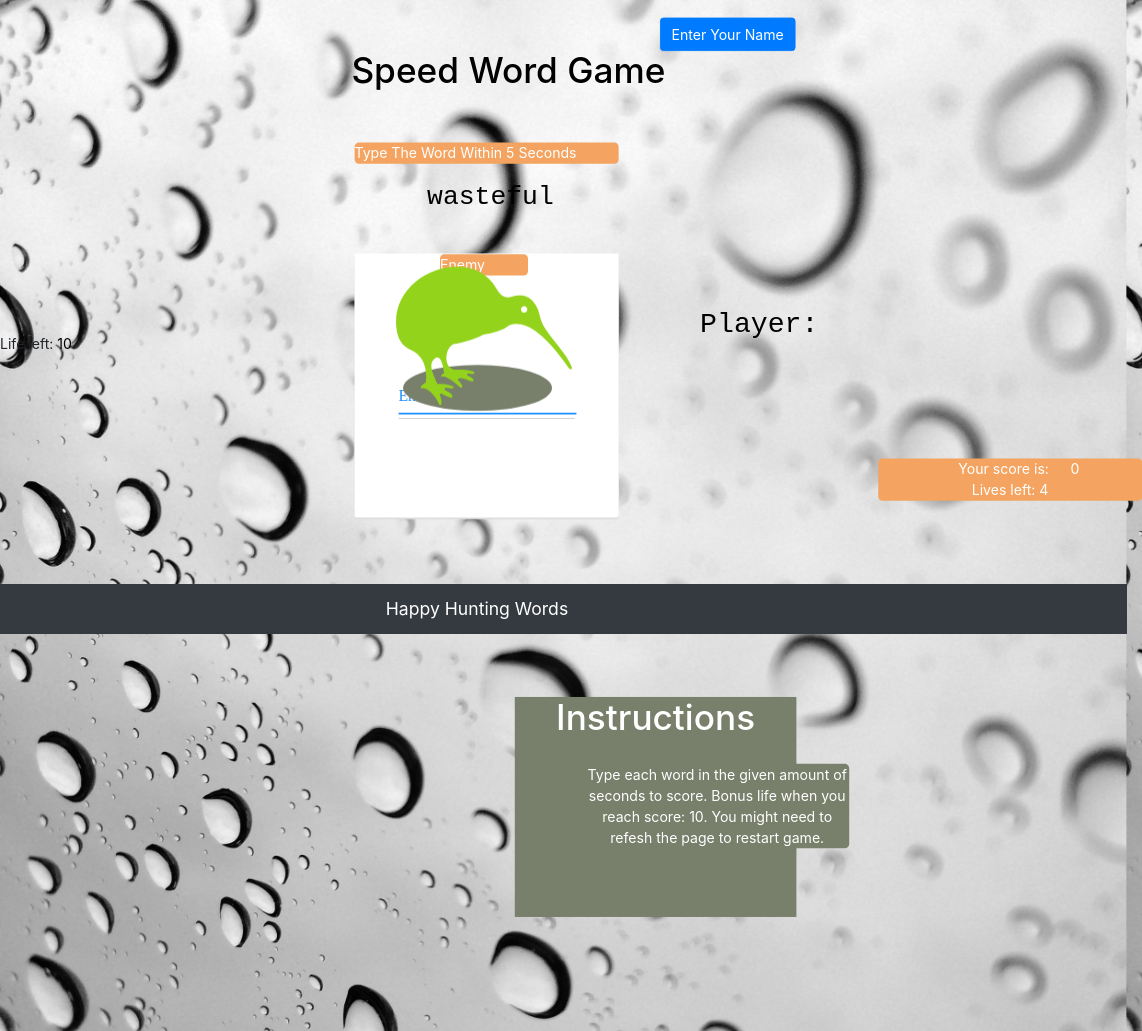
Repository: konstantin0s/word-game-project
Page: modal.html
The author's editor kept a copy of each file at every save. The page is drawn from the files as they stood at one save, then again after a run of saves.
The browser window is 1280 px wide. The page is 1298 px wide, so the pictures cover 1298 px, including what lies to the right of the window. The pictures show the whole page, at 88% of full size.
Backgrounds fixed to the window are drawn as part of the page. Some web libraries are served in a nearby version.

Above is the page before, as saved 2019-02-14 11:01:46.

### modal.html
<!DOCTYPE html>
<html lang="en">

<head>

  <meta charset="utf-8">
  <meta name="viewport" content="width=device-width, initial-scale=1, shrink-to-fit=no">
  <meta name="description" content="">
  <meta name="author" content="">

  <title>Speed Word Game</title>
  <!-- <link rel="stylesheet" href="https://maxcdn.bootstrapcdn.com/bootstrap/3.4.0/css/bootstrap.min.css"> -->
  <script src="https://ajax.googleapis.com/ajax/libs/jquery/3.3.1/jquery.min.js"></script>
  <script src="https://maxcdn.bootstrapcdn.com/bootstrap/3.4.0/js/bootstrap.min.js"></script>
  <script src="https://cdnjs.cloudflare.com/ajax/libs/p5.js/0.7.3/p5.js"></script>
  <!-- Bootstrap core CSS -->
  <link href="vendor/bootstrap/css/bootstrap.min.css" rel="stylesheet">

  <!-- Custom styles for this template -->
  <link href="css/the-big-picture.css" rel="stylesheet">
  <link rel="stylesheet" href="css/style.css">

</head>

<body>

  <!-- Navigation -->
  <nav class="navbar navbar-expand-lg navbar-dark bg-dark fixed-bottom">
    <div class="container">
      <a class="navbar-brand" href="#">Happy Hunting Words</a>
      <button class="navbar-toggler" type="button" data-toggle="collapse" data-target="#navbarResponsive" aria-controls="navbarResponsive" aria-expanded="false" aria-label="Toggle navigation">
        <span class="navbar-toggler-icon"></span>
      </button>
      <div class="collapse navbar-collapse" id="navbarResponsive">
      </div>
    </div>
  </nav>



<!-- Button trigger modal -->
<button type="button" id="clearPlayer" class="btn btn-primary" data-toggle="modal" data-target="#exampleModalCenter">
    Enter Your Name
  </button>

  <!-- Modal -->
  <div class="modal fade" id="exampleModalCenter" tabindex="-1" role="dialog" aria-labelledby="exampleModalCenterTitle" aria-hidden="true">
    <div class="modal-dialog modal-dialog-centered" role="document">
      <div class="modal-content">
        <div class="modal-header">
          <h5 class="modal-title" id="exampleModalLongTitle">Player Name</h5>
          <button type="button" class="close" data-dismiss="modal" aria-label="Close">
            <span aria-hidden="true">&times;</span>
          </button>
        </div>
        <div class="modal-body">
            <h3 id="playerN">Enter Your Name</h3>
            <input id="name" onchange="say_hi()">
        </div>
      </div>
    </div>
  </div>
<h2 id="user">
  Player:
</h2>

<div id="output"></div>

  <!-- Page Content -->
  <section>
    <div class="container">
      <div class="row">
        <div class="col-lg-6">
          <h1 class="mt-5">Speed Word Game</h1>
          <p class="type">Type The Word Within
            <span id="sec"></span>
            Seconds</p>
          <div id="wordsDisplay">

          </div>
          <div id="time">
           <p>Time left:</p> <span id="timeLeft"></span>
          </div>
          <div id="userDetails">
             Your score is: <span id="score">0</span><br>
             Lives left: <span id="lives">3</span>
          </div>
          <div class="wrapper">
            <input class="input" id="inputWord" onchange="compareGuess()" placeholder="Enter Word" type="text"  autofocus>
            <span class="underline"></span>
        </div>
        </div>
      </div>
    </div>
  </section>

  <div id="corWrong"></div>

   <p id="messageP"></p>
   <div class="enemy">
    Life left: <span id="enemyLife">10</span>
   </div>
  <svg version="1.1" id="Layer_1" xmlns="http://www.w3.org/2000/svg" xmlns:xlink="http://www.w3.org/1999/xlink" x="0px" y="0px"
  width="612px" height="502.174px" viewBox="0 65.326 612 502.174" enable-background="new 0 65.326 612 502.174"
  xml:space="preserve" class="logo">

<ellipse class="ground" cx="283.5" cy="487.5" rx="259" ry="80"/>
<path class="kiwi" d="M210.333,65.331C104.367,66.105-12.349,150.637,1.056,276.449c4.303,40.393,18.533,63.704,52.171,79.03
 c36.307,16.544,57.022,54.556,50.406,112.954c-9.935,4.88-17.405,11.031-19.132,20.015c7.531-0.17,14.943-0.312,22.59,4.341
 c20.333,12.375,31.296,27.363,42.979,51.72c1.714,3.572,8.192,2.849,8.312-3.078c0.17-8.467-1.856-17.454-5.226-26.933
 c-2.955-8.313,3.059-7.985,6.917-6.106c6.399,3.115,16.334,9.43,30.39,13.098c5.392,1.407,5.995-3.877,5.224-6.991
 c-1.864-7.522-11.009-10.862-24.519-19.229c-4.82-2.984-0.927-9.736,5.168-8.351l20.234,2.415c3.359,0.763,4.555-6.114,0.882-7.875
 c-14.198-6.804-28.897-10.098-53.864-7.799c-11.617-29.265-29.811-61.617-15.674-81.681c12.639-17.938,31.216-20.74,39.147,43.489
 c-5.002,3.107-11.215,5.031-11.332,13.024c7.201-2.845,11.207-1.399,14.791,0c17.912,6.998,35.462,21.826,52.982,37.309
 c3.739,3.303,8.413-1.718,6.991-6.034c-2.138-6.494-8.053-10.659-14.791-20.016c-3.239-4.495,5.03-7.045,10.886-6.876
 c13.849,0.396,22.886,8.268,35.177,11.218c4.483,1.076,9.741-1.964,6.917-6.917c-3.472-6.085-13.015-9.124-19.18-13.413
 c-4.357-3.029-3.025-7.132,2.697-6.602c3.905,0.361,8.478,2.271,13.908,1.767c9.946-0.925,7.717-7.169-0.883-9.566
 c-19.036-5.304-39.891-6.311-61.665-5.225c-43.837-8.358-31.554-84.887,0-90.363c29.571-5.132,62.966-13.339,99.928-32.156
 c32.668-5.429,64.835-12.446,92.939-33.85c48.106-14.469,111.903,16.113,204.241,149.695c3.926,5.681,15.819,9.94,9.524-6.351
 c-15.893-41.125-68.176-93.328-92.13-132.085c-24.581-39.774-14.34-61.243-39.957-91.247
 c-21.326-24.978-47.502-25.803-77.339-17.365c-23.461,6.634-39.234-7.117-52.98-31.273C318.42,87.525,265.838,64.927,210.333,65.331
 z M445.731,203.01c6.12,0,11.112,4.919,11.112,11.038c0,6.119-4.994,11.111-11.112,11.111s-11.038-4.994-11.038-11.111
 C434.693,207.929,439.613,203.01,445.731,203.01z"/>
<filter id="pictureFilter" >
 <feGaussianBlur stdDeviation="15" />
</filter>
</svg>


<div class="instructions">
  <h1>Instructions</h1>
  <p>Type each word in the given amount of seconds to score.
    Bonus life when you reach score: 10.
    You might need to refesh the page to restart game.
  </p>
</div>

  <!-- Bootstrap core JavaScript -->
  <script src="vendor/jquery/jquery.min.js"></script>
  <script src="vendor/bootstrap/js/bootstrap.bundle.min.js"></script>
  <script src="js/main.js"></script>

</body>

</html>

### css/the-big-picture.css
/*!
 * Start Bootstrap - The Big Picture (https://startbootstrap.com/template-overviews/the-big-picture)
 * Copyright 2013-2019 Start Bootstrap
 * Licensed under MIT (https://github.com/BlackrockDigital/startbootstrap-the-big-picture/blob/master/LICENSE)
 */
body {
  background: url('../img/drop.jpg') no-repeat center center fixed;
  -webkit-background-size: cover;
  -moz-background-size: cover;
  background-size: cover;
  -o-background-size: cover;
}

### css/style.css
body {
  margin: 0;
  padding: 0;
  z-index: 40;
  overflow-x: hidden;
}

.container {
  display: flex;
  flex-direction: column;
  justify-content: center;

}

.container .type {
   position: relative;
   top: 20px;
}
.mt-5 {
  color: black;
  text-align: center;
  position: relative;
  top: -30px;
  left: 290px;
}
.wrapper {
  background-color: #FFF;
  border-radius: 2px;
  box-shadow: 0px 2px 1px 0px #DDD;
  box-sizing: border-box;
  height: 300px;
  left: 550px;
  margin: -150px 0 0 -150px;
  position: absolute;
  top: 400px;
  width: 300px;

}

.input {
  background-color: transparent;
  border: none;
  border-bottom: 1px solid #CCC;
  color: #555;
  box-sizing: border-box;
  font-family: 'Arvo';
  font-size: 18px;
  height: 50px;
  left: 50%;
  margin: -25px 0 0 -100px;
  padding: 10px 0px;
  position: relative;
  top: 50%;
  width: 200px;

  &:focus {
    outline: none;
  }
}

input::-webkit-input-placeholder {
  color: #AAA;
}

input:focus::-webkit-input-placeholder {
  color: dodgerblue;
}

.input:focus+.underline {
  transform: scale(1);
}

.underline {
  background-color: dodgerblue;
  display: inline-block;
  height: 2px;
  left: 50px;
  margin-top: -4px;
  position: absolute;
  top: 185px;
  -webkit-transform: scale(0, 1);
  transform: scale(0, 1);
  -webkit-transition: all 0.5s linear;
  transition: all 0.5s linear;
  width: 202px;
}


font {
  color: white;
}

#wordsDisplay {
  position: relative;
  top: 20px;
  left: 387px;
  color: black;
  font-family: 'Courier New', Courier, monospace;
  font-size: 30px;
  width: 305px;
  text-align: center;
}
#userDetails {
  position: relative;
  top: 230px;
 float: right;
 /* left: 500px; */
 left: 740px;
  color: white;
  background-color: sandybrown;
  width: 300px;
  text-align: center;
  border-radius: 5px;
}

#score {
  position: relative;
  top: 0px;
  left: 20px;
  color: white;
  background-color: sandybrown;
}

#time {
  text-align: center;
}

 p {
  position: relative;
  top: 450px;
  left: 385px;
  color: white;
  background-color: sandybrown;
  width: 300px;
  border-radius: 5px;
 }

#timeLeft {
  position: relative;
  top: 400px;
  left: 330px;
  color: white;
  background-color: sandybrown;
}

.sec {
  position: relative;
  top: 400px;
  left: 330px;
  color: white;
  background-color: sandybrown;
}

b {
  color: black;
  text-transform: capitalize;;
}

#user {
  position: relative;
  top: 350px;
  right: 350px;
  float: right;
  color: black;
  font: 33px;
  font-family: 'Courier New', Courier, monospace;
}

#output {
  position: relative;
  color: black;
  float: right;
  right: 250px;
  font-size:28px;
  top: 410px;
}

#playerN {
  color: black;
}

.newP {
  position: relative;
  left: 40px;
  top: 120px;
}

.navbar-brand {
  position: relative;
  left: -90px;
}


@import "compass/css3";

.logo {
  position: relative;
  width: 200px;
  height: 164px;
  left: 450px;
  top: -100px;
}

.kiwi {
  fill: #94d31b;

}
.kiwi:hover {
  fill: #ace63c;
}

.ground {
  fill: #787f6a;
}
.ground:hover {
  filter: url(#pictureFilter);
  fill: #896d3d;
}

#messageP {
  position: relative;
  top: -50px;
  width: 100px;
  left: 500px;
}

.instructions {
  background-color: #787f6a;
  width: 25%;
  height: 250px;
  color: white;
  position: relative;
  left: 580px;
  top: 220px;
  margin: 5px;
  text-align: center;
  margin-bottom: 350px;
}

.instructions p {
  background-color: #787f6a;
  position: relative;
  left: 80px;
  top: 20px;
  width: 1005;
  text-align: center;
}

#clearPlayer {
  position: relative;
  top: 20px;
  left: 750px;
}

#corWrong {
  position: relative;
  left: 780px;
  top: 270px;
  color: black;
  font: 30px;
}

#enemyLife {
  color: black;
}

#modalContainer {
	background-color:rgba(0, 0, 0, 0.3);
	position:absolute;
  top:0;
	width:100%;
	height:100%;
	left:0px;
	z-index:10000;
  /* background: url('../img/drop.jpg') no-repeat center center fixed;required by MSIE to prevent actions on lower z-index elements */
}

#alertBox {
	position:relative;
  width:43%;
  height: 25%;
	min-height:100px;
  max-height:400px;
	margin-top:50px;
	border:1px solid #fff;
	background-color:#fff;
	background-repeat:no-repeat;
  top:30%;
  left: 500px;
}

#modalContainer > #alertBox {
  position:fixed;
}

#alertBox h1 {
	margin:0;
	font:bold 1em Raleway,arial;
	background-color:#f97352;
  color:#FFF;
  text-align: center;
	border-bottom:1px solid #f97352;
	padding:10px 0 10px 5px;
}

#alertBox p {
 height:50px;
	padding-left:5px;
  padding-top:30px;
  text-align:center;
   vertical-align:middle;
  visibility: hidden;
}

#alertBox #closeBtn {
	display:block;
	position:relative;
	margin:10px auto 10px auto;
  padding:7px;
	border:0 none;
	width:170px;
	text-transform:uppercase;
	text-align:center;
	color:#FFF;
	background-color:#f97352;
	border-radius: 0px;
	text-decoration:none;
  outline:0!important;
} */

/* unrelated styles */

 /* #mContainer {
  position:relative;
	width:600px;
	margin:auto;
	padding:5px;
	border-top:2px solid #fff;
	border-bottom:2px solid #fff;
}

h1,h2 {
	margin:0;
  padding:4px;
}

code {
	font-size:1.2em;
	color:#069;
}

#credits {
	position:relative;
	margin:25px auto 0px auto;
	width:350px;
	font:0.7em verdana;
	border-top:1px solid #000;
	border-bottom:1px solid #000;
	height:90px;
	padding-top:4px;
}

#credits img {
	float:left;
	margin:5px 10px 5px 0px;
	border:1px solid #000000;
	width:80px;
	height:79px;
}

.important {
	background-color:#F5FCC8;
	padding:2px;

}

@media (max-width: 600px)
{
  #alertBox {
	position:relative;
	width:90%;
  top:30%;
}
} */

### js/main.js
function say_hi() {
  var name = document.getElementById("name").value;
  var html = "<b>" + name + "</b> ";
 document.getElementById("output").innerHTML = html;
}

function clearPlayer() {
  document.getElementById("name").value = "";
  var input = document.getElementById("name");
  input.style.visibility = "hidden";
  var playerN = document.getElementById("playerN");
  playerN.style.visibility = "hidden";
  var clearPlayer = document.getElementById("clearPlayer");
  clearPlayer.style.visibility = "hidden";
  var exampleModalCenter = document.getElementById("exampleModalCenter");
  exampleModalCenter.style.visibility = "none";
  var modalContent = document.getElementsByClassName("modal-content");
  modalContent.style.visibility = "hidden";
}

  (function() {
    setInterval(function(){
      clearPlayer();
    }, 10000);
}());

  var wordGeneratorLevel1 = function() {
    setInterval(function(){
      generate();
    }, 5000);
    timer();
  }

  var wordGeneratorLevel2 = function() {
    setInterval(function(){
      generate();
    }, 3000);
    timer();
}

var input = document.getElementById("inputWord");
input.addEventListener('keyup',function(e){
  if (e.keyCode == 13) {
}
});

  var wordsLevel1 = [
    "clever", "amongst", "implementing", "intelectual", "sensual", "amazing", "beautify", "project", "tall",
"curl", "rate", "busy", "unusual", "extend", "exclusive", "ray", "shy", "wasteful", "unbecoming", "fallacious",
"toothbrush", "bounce", "brightwork", "verkrampte", "protectrix", "nudibranch", "grandchild", "newfangled", "flugelhorn", "mythologer"
     ];

     var wordsLevel2 = [
      "jackhammer",
     "brightwork", "verkrampte", "protectrix", "nudibranch", "grandchild", "newfangled", "flugelhorn", "mythologer",
     "pluperfect", "jellygraph", "quickthorn", "rottweiler", "technician", "cowpuncher", "middlebrow",
     "jackhammer", "triphthong", "wunderkind", "dazzlement", "jabberwock", "witchcraft","pawnbroker", "thumbprint", "motorcycle"
       ];


  var randomDiv = document.getElementById("wordsDisplay");
  var addScore = document.getElementById("score");
  var freshLives = document.getElementById("lives");
  var timeLeft = document.getElementById("timeLeft");
  var svgLogo = document.getElementById("Layer_1");
   var messagePlayer = document.getElementById("messageP");
   var corWrong = document.getElementById("corWrong");
   var dinaSec = document.getElementById("sec");
   var enemy = document.getElementById("enemyLife");
  var randomIndex;
  var newText;
  var score = 0;
  var lives = 5;
  var seconds = 5;
  enemyLife = 10;


  function flashLogo() {
    var interval = window.setInterval(function(){
      if(svgLogo.display !== "hidden"){
        svgLogo.style.visibility = "hidden";

      }else{
        svgLogo.style.visibility = "hidden";
      }
  }, 1000);
  }

  function checkLife() {
    if (lives == 0) {
      createCustomAlert(); // game over

      setInterval(function(){
          window.location.href = "http://127.0.0.1:5500/index.html";
      }, 10000);
      score = 0;
      addScore.textContent = "0"
      resetInput();
      lives = 5;
      freshLives.innerHTML = lives;
    }
  }


  function generate() {
   randomIndex = Math.ceil((Math.random() * wordsLevel1.length - 1));
   newText = wordsLevel1[randomIndex];
   randomDiv.innerHTML = newText;

  }

  function generateLevel2() {
    randomIndex = Math.ceil((Math.random() * wordsLevel2.length - 1));
    newText = wordsLevel2[randomIndex];
    randomDiv.innerHTML = newText;
   }

  var flag;
  function compareGuess() {
    var searchWord = document.getElementById("inputWord").value;
    var wordName = document.getElementById("wordsDisplay");
    messagePlayer.innerHTML = "Enemy";
    flag = false;
         if (searchWord == wordName.innerHTML) {
          corWrong.innerHTML = "Correct!!!"
          wordName.style.height = "40px";
           wordName.style.backgroundColor = "yellow";
           score++;
           enemyLife--;
           enemy.innerHTML = enemyLife;
           if (enemyLife == 0) {
            enemy.innerText = "";
           }
           addScore.textContent = score;
           flag = true;
           if (score >= 10 && score <= 11) {
            var audio = new Audio('https://interactive-examples.mdn.mozilla.net/media/examples/t-rex-roar.mp3');
            audio.play();
             lives++
            enemy.innerHTML = enemyLife;
            enemy.innerText = "DeaD";
             freshLives.innerHTML = lives;
            flashLogo();
            messagePlayer.innerHTML = "I'm Outta Here :)";
           }
           clearInterval(timer);
           setInterval(function(){
            wordName.style.backgroundColor = "";
          }, 1500);
          resetInput();
             flag = true;
         } else {
           wordName.style.backgroundColor = "";
         }

         if (flag == false) {
          lives--;
          freshLives.innerHTML = lives;
          corWrong.innerHTML = "Wrong!!!"
          resetInput();
         }
         checkLife();
      }

      function timer() {
        setInterval(function(){
          seconds--;
          dinaSec.innerHTML = seconds;
          timeLeft.innerHTML = seconds;
          if (seconds == 0 && !flag) {
            lives--;
          }
           if(seconds == 0) {
            freshLives.innerHTML = lives;
            seconds = currentLevel + 1;
            dinaSec.innerHTML = seconds;
            timeLeft.innerHTML = seconds;
            checkLife();
            flag = false;
           }
      }, 1000);
      }

 function resetInput() {
  document.getElementById("inputWord").value = "";
  }


  function init() {
    wordGeneratorLevel1();
    lives = 5;
    freshLives.innerHTML = lives;
    messagePlayer.innerHTML = "Enemy";
   }

 window.onload = init;

   var levels = {
    easy: 6,
    medium: 4,
    hard: 2
  }
  var currentLevel = levels.medium;


 var ALERT_TITLE = "Game Over!\n Restart?";
var ALERT_BUTTON_TEXT = "Ok";

if(document.getElementById) {
	window.alert = function(txt) {
    createCustomAlert(txt);
	}
}

function createCustomAlert(txt) {
	d = document;

  if(d.getElementById("modalContainer"))
   return;

	mObj = d.getElementsByTagName("body")[0].appendChild(d.createElement("div"));
	mObj.id = "modalContainer";
	mObj.style.height = d.documentElement.scrollHeight + "px";

	alertObj = mObj.appendChild(d.createElement("div"));
	alertObj.id = "alertBox";
	if(d.all && !window.opera) alertObj.style.top = document.documentElement.scrollTop + "px";
	alertObj.style.left = (d.documentElement.scrollWidth - alertObj.offsetWidth)/2 + "px";
  alertObj.style.visiblity="visible";
  alertObj.style.left="480px";

	h1 = alertObj.appendChild(d.createElement("h1"));
	h1.appendChild(d.createTextNode(ALERT_TITLE));

	msg = alertObj.appendChild(d.createElement("p"));
	//msg.appendChild(d.createTextNode(txt));
  msg.innerHTML = txt;
  audio = new Audio('http://www.project818.com/files/music/TI-Justin-Timberlake-Dead-and-Gone.mp3');
  audio.play();

	btn = alertObj.appendChild(d.createElement("a"));
	btn.id = "closeBtn";
	btn.appendChild(d.createTextNode(ALERT_BUTTON_TEXT));
	btn.href = "#";
	btn.focus();
  btn.onclick = function() { removeCustomAlert();
      audio.pause();
      window.location.href = "http://127.0.0.1:5500/index.html";
    return false; }

	alertObj.style.display = "block";

}

function removeCustomAlert() {
  document.getElementsByTagName("body")[0].removeChild(document.getElementById("modalContainer"));
  window.location.href = "http://127.0.0.1:5500/index.html";

}
function ful(){
alert('Game Over!!!');
}

Loaded but not shown: vendor/bootstrap/css/bootstrap.min.css (library); vendor/jquery/jquery.min.js (library); vendor/bootstrap/js/bootstrap.bundle.min.js (library)

After the next 2 saves:
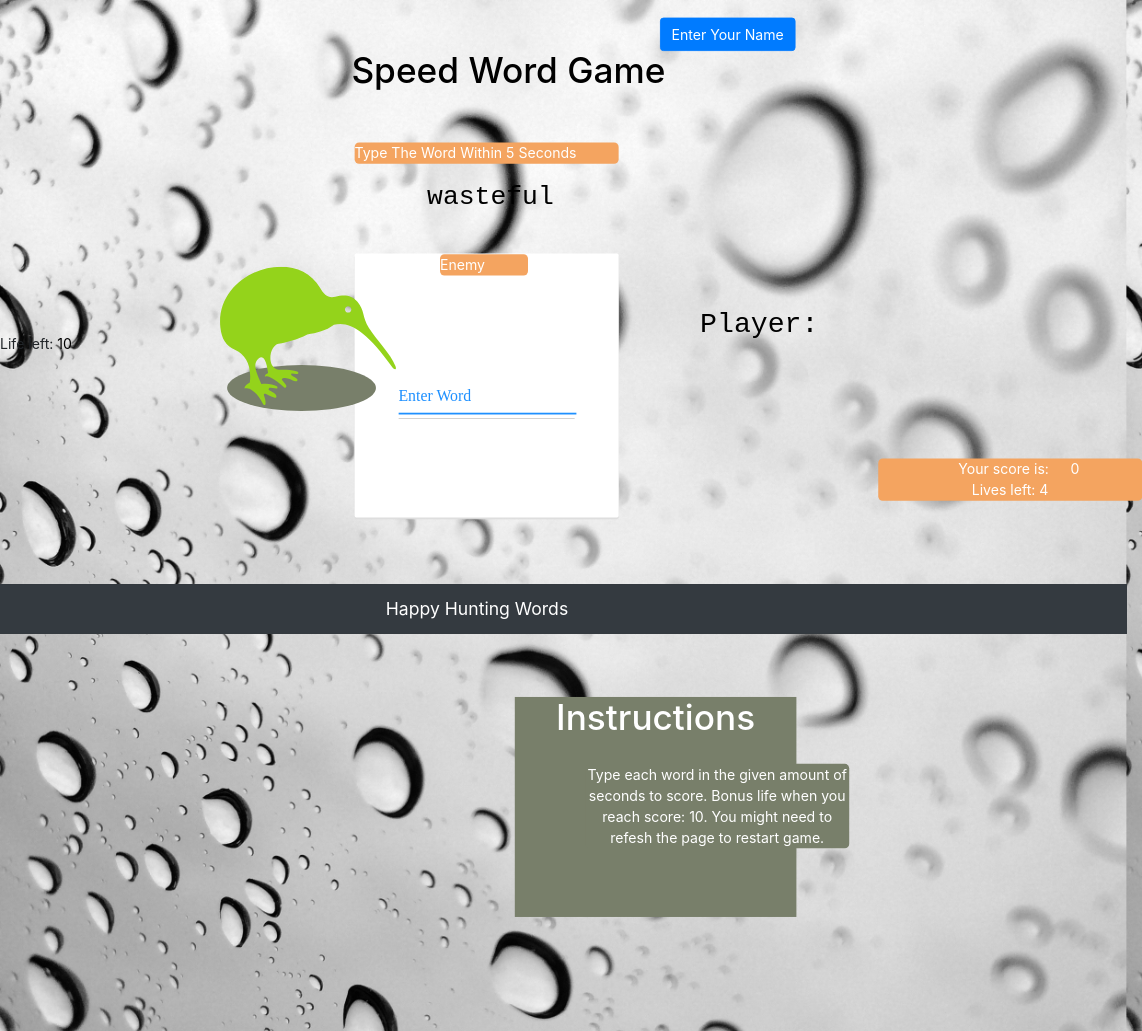
The 2 saves are shown as one change because they came seconds apart.
The last was saved 2 min 30 s later.
--- a/css/style.css
+++ b/css/style.css
@@ -197,7 +197,7 @@ b {
   position: relative;
   width: 200px;
   height: 164px;
-  left: 450px;
+  left: 250px;
   top: -100px;
 }
 
